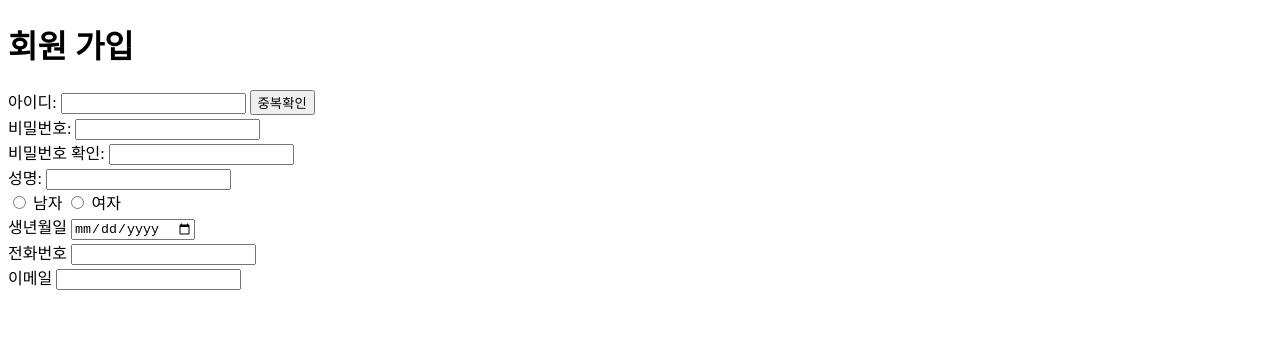
Repository: Chojaejun/javastudy
Page: HelloWorld/WebContent/Test5.html
These files come from the project's save history. The page is drawn as it stood at one moment and after the next save; the edit follows.
The browser window is 1280 px wide. The pictures show the whole page.

Above is the page before, as saved 2020-12-07 03:37:55.

### HelloWorld/WebContent/Test5.html
<!DOCTYPE html>
<html>
<head>
<meta charset="UTF-8">
<title>회원가입 페이지</title>
</head>
<body>
<h1>회원 가입</h1>
<form action="Test6.html" method="post">
<label for="id">아이디: </label>
<input id="id" name="id">
<button> 중복확인</button>
<br>
<label for="ps1">비밀번호: </label>
<input id="ps1" type="password" name="ps1">
<br>
<label for="ps2">비밀번호 확인: </label>
<input id="ps2" type="password" name="ps2">
<br>
<label for="name">성명: </label>
<input id="name" name="name">
<br>
<input id="men" type="radio" name="gen" value="men">
<label for="men">남자</label>
<input id="women" type="radio" name="gen" value="women">
<label for="women">여자</label>

<br>
<label for="birth">생년월일</label>
<input id="birth" type="date" name="birth">
<br>
<label for="tel">전화번호</label>
<input id="tel" type="tel" name="tel">
<br>
<label for="email">이메일</label>
<input id="email" type="email" name="email">
<br>








</form>

</body>
</html>

After the next save:
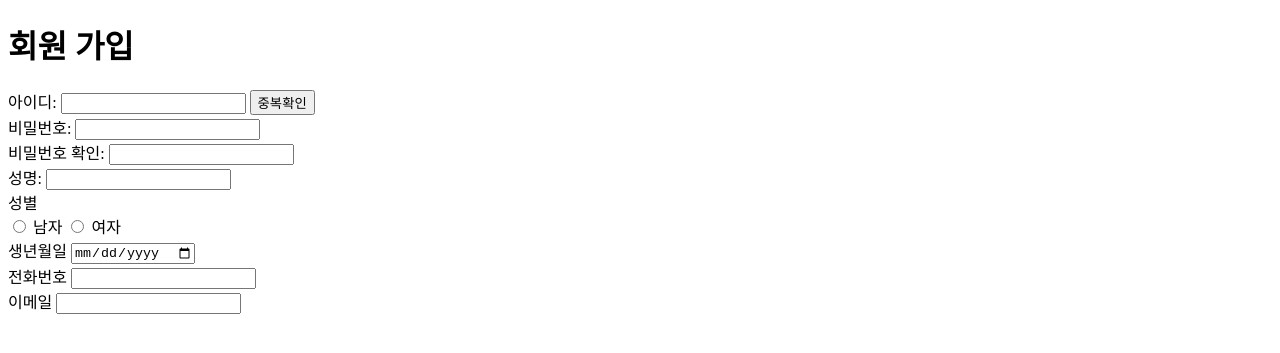
Saved 35 s later.
--- a/HelloWorld/WebContent/Test5.html
+++ b/HelloWorld/WebContent/Test5.html
@@ -19,6 +19,8 @@
 <br>
 <label for="name">성명: </label>
 <input id="name" name="name">
+<br>
+<label>성별</label>
 <br>
 <input id="men" type="radio" name="gen" value="men">
 <label for="men">남자</label>
